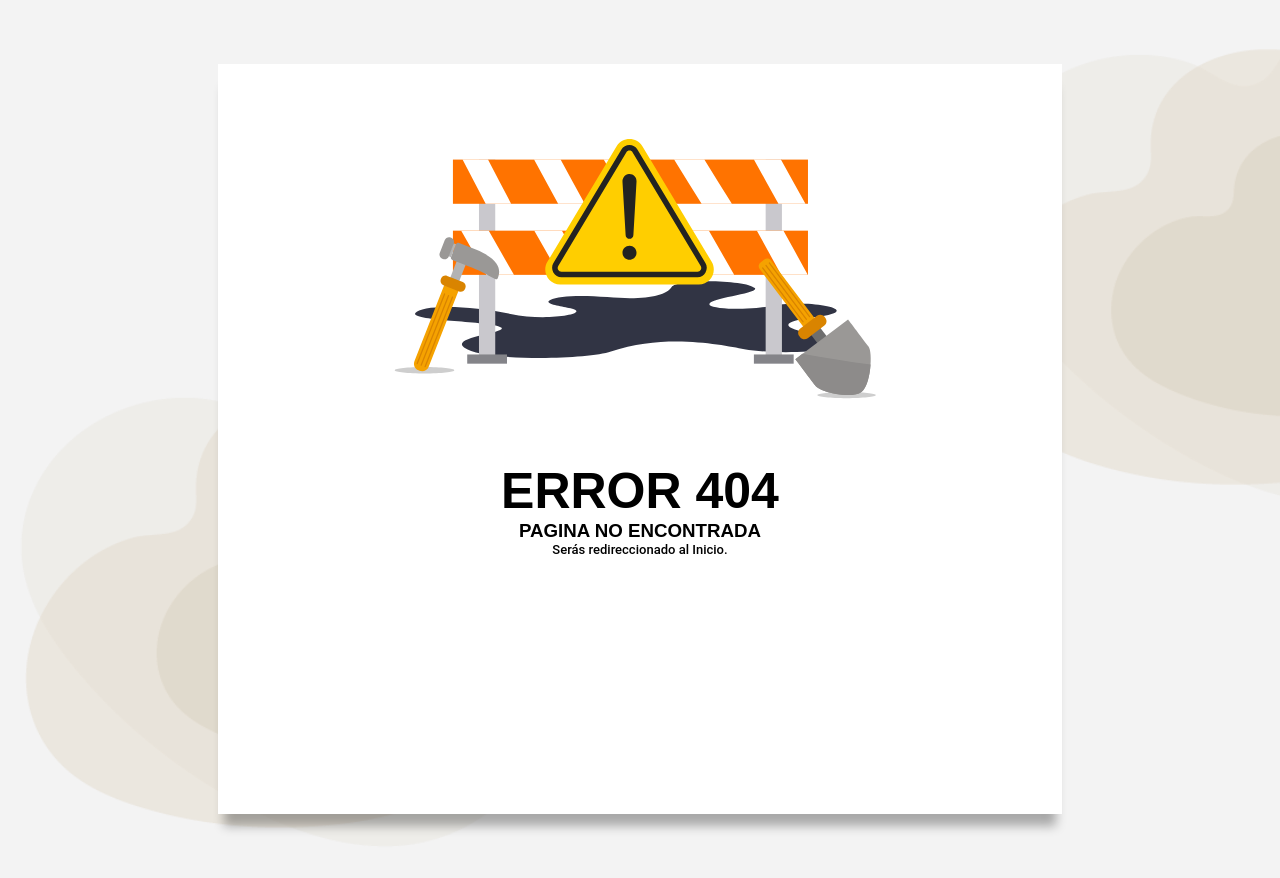
Repository: AlejandraBarrachina23/TPIntegrador_Barrachina_Java
Page: http://localhost/Alejandra_Barrachina_TP_Integrador1/error404.jsp
An editor plug-in stored every save of this project. The page is shown before and after the next save, followed by the edit.
The browser window is 1280 px wide. The pictures show the whole page.
Some web libraries are served in a nearby version. The page is served by Tomcat 9. Nobody is signed in. The application's start-up code is not run. Other server files are loaded and not shown.

Above is the page before, as saved 2019-12-04 22:09:09.

### Alejandra_Barrachina_TP_Integrador1/WebContent/error404.jsp

<%@ page language="java" contentType="text/html; charset=ISO-8859-1"
    pageEncoding="ISO-8859-1"%>
<!DOCTYPE html>
<html>
<head>
<meta charset="ISO-8859-1">

<script src="https://kit.fontawesome.com/735f5623c2.js" crossorigin="anonymous"></script>
<link href="estilos.css" type="text/css" rel=stylesheet>
</head>
<body>

<div id="error-404">
		<img src="img/404.svg" alt="icono-advertencia" class="">
		<h2>ERROR 404</h2>
		<h3>PAGINA NO ENCONTRADA</h3>
		<p>Serás redireccionado al Inicio.</p>
</div>

</body>
</html>

### Alejandra_Barrachina_TP_Integrador1/WebContent/estilos.css
@charset "ISO-8859-1";


* {
	padding:0px;
	margin:0px;
	border:0px;
}

body {
		background-color:#f3f3f3;
		background-image: url(iconos/fondo.png);
		background-repeat: no-repeat;
 		background-size: cover;

}


/*=============================================================
      FORMULARIO LOGIN
 ============================================================== */

 #error-404 {

 	background-color:#fff;
 	width:65;
 	height:750px;;
 	margin	: 5% 17%;
 	box-shadow: 0px 18px 10px -6px rgba(0,0,0,0.31);
 	text-align:center;
 	font-family: 'Francois One', sans-serif;
 }

  #error-404 img {

  width:70%;

  }

  #error-404 h2 {

  font-size:50px;
  }

 #form-login {

	width:65%;
 	margin	: 5% 17%;

}

#form-login-right, #form-login-left {


	height:750px;
	float:left;
	background-color:#F9FBFC;

}

#form-login-left {

	width:65%;
	border-top-left-radius: 20px;
	border-bottom-left-radius: 20px;
	box-shadow: 0px 18px 10px -6px rgba(0,0,0,0.31);
	opacity:0.9;
}

#form-login-left img {

	width:90%;
	padding	: 10% 5%;

}

#form-login-right {

	width:33%;
	border-top-right-radius: 20px;
	border-bottom-right-radius: 20px;
	box-shadow: 13px 14px 10px -6px rgba(0,0,0,0.31);
	opacity:0.8;

}


h1 {

		font-size:50px;
		font-family: 'Bebas Neue', cursive;
		color:#2C5060;
		margin-top:30%;
		text-align:center;
}

p, #form-login-right a {

	font-family: 'Roboto', sans-serif;
	font-weight: 500;
	font-size: 13px;
	color:black;
	text-align:center;
}

.text-box {

	border-bottom: 1px solid black;
	width:250px;
	text-align: center;
	margin-left:12%;
}

.text-box i {

	float:left;
	color: #2C5060;
	padding:7px;
}

#form-login-right [type="text"], #form-login-right [type="password"]{

	padding:5px;
	width:180px;
	border:none;
	outline:none;
	background-color:#FAFCFD;
	font-family: 'Oswald', sans-serif;

}

.main-button {

	background-color: #2C5060;
	color:white;
	width:35%;
	font-size:15px;
	border-style:none;
	padding:5px;
	border-radius: 15px;
	border: 0px solid #000000;
	box-shadow: 10px 10px 25px -13px rgba(0,0,0,0.75);
	font-family: 'Oswald', sans-serif;
	margin-left: 50%;

}

.main-button:hover {

	background-color: #1a6373;
}

.iconos-redes {

	width:5%;

}


#login-informacion {

	width:90%;
	padding:5%;

}


#login-informacion a{

	font-family: 'Oswald', sans-serif;
	font-size:15px;
	margin-left:48%;
}

#login-contacto{

	margin-top:50%;
	text-align:center;
}


#login-contacto p {

	font-size:18px;
	font-family: 'Oswald', sans-serif;

}

#login-recuperacion{

	padding-top:20%;
	text-align:center;

}

.restart-button{

	background-color: #2C5060;
	color:white;
	width:35%;
	font-size:15px;
	border-style:none;
	padding:5px;
	border-radius: 15px;
	border: 0px solid #000000;
	box-shadow: 10px 10px 25px -13px rgba(0,0,0,0.75);
	font-family: 'Oswald', sans-serif;

}

#form-advertencia {

	width:100%;
	text-align:center;
	margin-top:50%;
	color:#E16C78;
	font-family: 'Oswald', sans-serif;

}

.icono-advertencia{

	margin-top:15%;
	padding:2%;
	width:30%;
	margin: 0 auto;

}

#form-advertencia p {

	color:#E16C78;
	font-size: 15px;
}

.blue{

	color:#30A9E3;
}


 /*=======================
      FORMULARIO INDEX
 ========================= */

 .section-principal{

	float:left;
	height:1100px;
	width:90%;
	background-color:#f3f3f3;
	color:black;
	text-align:center;
	margin-left:10%;
}

.section-principal select {

	font-family: 'Oswald', sans-serif;
	border:1px solid black;
	margin:5px;
	padding:2px;
	color:black;
}

.section-principal input{

	width:15%;
	padding:5px;
	border:1px solid black;
	font-family: 'Oswald', sans-serif;
}

.section-principal label{

	font-size:18px;
	font-family: 'Oswald', sans-serif;

}

.section-principal a{

	color:black;

}


nav {

	background-color:#2C5060;
	font-family: 'Francois One', sans-serif;
	width:10%;
	height:950px;
	font-size:15px;
	float:left;
	position:fixed;

}

 ul {

	list-sytle: none;
	width:100%;
}

a {

	text-decoration:none;
	color:white;

}

li:hover {

	border-left: solid 4px #2896BC;
	background-color: #2F5866;
	transition: background-color 0.3s;
	transition: border 0.3s;

}

ul li {

	border-left: solid 4px #2C5060;
	font-family: 'Oswald', sans-serif;
	padding:15px;
	border-bottom: 1px solid #2D5C6D;


}

.icon{

	width:13%;
	padding-right:5px;

}


#icon-usuario{

	width:40%;
}

li .icon{

	float:left;

}


#user {

	width:100%;
	margin-top:40%;
	text-align:center;
	padding: 10% 0%;
	border-bottom: 1px solid #2D5C6D;

}

#user h2{

	color:#fff;

}

#user p, #header-user p {

	font-size:15px;
	color:#fff;
	padding:8px;
	font-family: 'Oswald', sans-serif;
}

 /*=======================
      FORMULARIO ALUMNOS
 ========================= */


#logo{

	width:30%;
	height:150px;
	border-bottom: 1px solid white;
	color:white;
	text-align:center;
	margin-top:30px;
}

#alumnos-principal {

	background-color:#fff;
	width:83%;
	margin-left: 200px;
	height:300px;
	box-shadow: 10px 10px 25px -13px rgba(0,0,0,0.75);

}

#form-agregar-usuario {

	background-color: white;
	width:95%;
	height:200px;
	margin:20px;
	padding:10px;
	box-shadow: 10px 10px 25px -13px rgba(0,0,0,0.75);
	display: none;


}

#form-listado-alumnos,#form-cursos,#form-listado-calificaciones {

	background-color: white;
	width:97%;
	height:970px;
	margin:20px;
	padding:10px;
	box-shadow: 10px 10px 25px -13px rgba(0,0,0,0.75);

}

#form-cursos{

	background-color:#f3f3f3;
	box-shadow: none;
}

#btn-flecha {

	background-image: url("iconos/flecha.png");
	background-repeat: no-repeat;
	width:25px;
	height:25px;
	background-color:#2C5060;
	border: 0;
	float:right;

}

.dato {

	float:left;
	margin: 10px;
	width:23%;


}

.dato input {

		width: 200px;
		background: #f3f3f3;
		font: inherit;
		box-shadow: 0 6px 10px 0 rgba(0, 0, 0 , .1);
		border: 0;
		outline: 0;
		padding: 8px;

}

.encabezados {

	background-color:#2C5060;
	color:white;
	padding:10px;
	margin:10px;
	font-family: 'Oswald', sans-serif;

}



h3 {

	display:inline;

}

label {

	color:#2C5060;
	font-family: 'Open Sans', sans-serif;
	font-weight: 600;
	font-size: 10px;
}

.flecha {

	float:right;
}

.content-table{

	border-collapse:collapse;
	margin:20px 10px;
	font-size:0.9em;
	width:99%;
	min-width:600px;
	box-shadow: 7px 9px 23px -13px rgba(0,0,0,0.93);
	font-family: 'Roboto', sans-serif;

}

.content-table-cursos{

	border-collapse:collapse;
	margin:20px 10px;
	font-size:0.9em;
	width:50%;
	min-width:600px;
	box-shadow: 7px 9px 23px -13px rgba(0,0,0,0.93);
	font-family: 'Roboto', sans-serif;
}

.content-table th, .content-table-cursos {

	background-color:#2C5060;
	color:white;
	font-weight: 600;
	padding:12px;



}

.content-table tr,
.content-table td {

	padding:5px 5px;

}

.content-table td {

	border-bottom: 1px solid #dddddd;

}

.content-table tr:nth-of-type(even) {

	background-color:#f3f3f3;

}

.content-table tr:last-of-type {

	border-bottom: 3px solid #2C5060;

}

.content-table-cursos .content-fileter{

	width:50%;

}

.content-filter {

	background-color:#f3f3f3;
	width:100%;
	text-align:center;
	padding:10px;


}

.pie-pagina{

	float:left;
	margin-top:20px;
	text-align:right;
	width:100%;
}

 /*=======================
      FORMULARIO ALUMNOS
 ========================= */

#section-index{

	float:left;
	height:900px;
	width:100%;
	margin:1px 1px;
	text-align:center;

}

#index-encabezado{

	background-color:#2C5060;
	text-align:center;
	height:295px;
	width:100%;

}

#section-index img {

	width:50%;

}

#index-descripcion {

	box-shadow: 10px 10px 25px -13px rgba(0,0,0,0.75);
	font-family: 'Roboto', sans-serif;
	background-color:#fff;
}


#index-descripcion-encabezado{

	text-align:center;
	background-color:#fff;

}

#index-descripcion-encabezado img{

	width:50%;

}

#index-descripcion-encabezado h2{

	font-size:50px;
	font-family: 'Francois One', sans-serif;
	color:#2C5060;

}

#index-descripcion-encabezado p{

	font-size:15px;
	font-family: 'Francois One', sans-serif;
	color:#2C5060;

}

#index-descripcion-contenido{

	text-align:center;
	height:430px;
	padding-left:220px;
}

#index-descripcion-contenido-profesores{


	height:430px;
	width:100%;


}

#index-descripcion-contenido-profesores .index-item-descripcion{

	width:18%;
	height:300px;
	float:left;
	margin-left:40%;

}

.index-item-descripcion {

	width:18%;
	height:300px;
	float:left;
	margin:30px;

}

.index-item-descripcion img {

	width:40%;
	padding:0% 20%;
	margin:0% 5%;
}

.index-item-descripcion h3 {

	font-size:25px;
	font-family: 'Oswald', sans-serif;

}

.index-item-descripcion p {

	font-size:15px;

}

.btn-index {

	padding:10px;
	margin:10px 38px;
	background-color: #2C5060;
	font-family: 'Oswald', sans-serif;
	font-size:20px;
	color:#fff;
	width:60%;
	box-shadow: 10px 10px 25px -13px rgba(0,0,0,0.75);
	float:left;
	text-align:center;

}

.modal-fondo {

	background: rgba(0,0,0,0.3);
	position:fixed;
	top:0;
	bottom:0;
	left:0;
	right:0;
	display:flex;
	align-items:center;
	justify-content:center;
	visibility:hidden;

}

.modal-fondo.active{

	visibility:visible;
}

.modal-contenido {

	background-color:#fff;
	box-shadow: 10px 10px 25px -13px rgba(0,0,0,0.75);
	width:20%;
	border: 3px solid #2C5060;
	padding-bottom: 15px;
}

.modal-contenido .btn-modal {

	width:30%;
	color:white;
	background-color: #2C5060;
	font-size:20px;
	padding:5px;
	margin:5px;

}

.modal-contenido [type="text"] {

	width:70%;
	font-size: 13px;
	margin-bottom:15px;

}

.modal-contenido h3 {

	font-size: 20px;
	font-family: 'Oswald', sans-serif;
	background-color:#2C5060;
	display:block;
	color:#fff;
	padding:8px;

}

.modal-contenido label {

	font-size: 15px;
	font-family: 'Roboto', sans-serif;
}

.modal-contenido select, .modal-contenido [type="date"], .modal-contenido [type="email"], .modal-contenido [type="number"] {

	font-family: 'Oswald', sans-serif;
	border:1px solid black;
	margin:5px;
	padding:2px;
	width:74%;
	padding:1%;
	color:black;

}

.modal-contenido [type="date"], .modal-contenido [type="email"], .modal-contenido [type="number"]{

	width:71%;

}

.opciones {

	color:black;
	background-color:#fff;

}

.btnFormulario {

	width:12%;
	padding:10px;
	font-size: 15px;
	font-family: 'Oswald', sans-serif;
	border-radius: 8px;
	background-color:#2C5060;
	color:white;
	float:right;
	border:0;
	margin:8px;
}

td .btn-modificar {

	width:22%;
	height:32px;
	background-image:url(iconos/modificar.png);
	background-repeat: no-repeat;
	border:none;
	background-color:inherit;
}

td .btn-eliminar {

	width:22%;
	height:32px;
	background-image:url(iconos/borrar.png);
	background-repeat: no-repeat;
	border:none;
	background-color:inherit;

}

td .btn-mostrar {

	width:12%;
	height:32px;
	background-color:blue;
	background-image:url(iconos/mostrar.png);
	background-repeat: no-repeat;
	border:none;
	background-color:inherit;
}

td .btn-calificaciones {

	width:12%;
	height:32px;
	background-image:url(iconos/notas.png);
	background-repeat: no-repeat;
	border:none;
	background-color:inherit;
}

/*=============================================================
      FORMULARIO CURSOS
 ============================================================== */

#form-curso-izquierda{

	background-color: #fff;
	width:38%;
	float:left;
	color:black;
	padding:0px 5%;
	box-shadow: 10px 10px 25px -13px rgba(0,0,0,0.75);
}

#form-curso-derecha{

	width:38%;
	float:left;
	box-shadow: 10px 10px 25px -13px rgba(0,0,0,0.75);
	padding:5px 5%;
	margin-left:2%;
	background-color:#fff;

}

#form-curso-izquierda [type="text"], #form-curso-izquierda select{

	padding:5px;
	width:180px;
	background-color:#FAFCFD;
	font-family: 'Roboto', sans-serif;
	font-size: 12px;
	color:black;

}

#form-curso-izquierda label {

	font-size:18px;
	display: block;
	witdh:20px;
}

.form-cursos-encabezado-izquierda{

	background-color: #2C5060;
	width:100%;
	margin: 20px 0px;
	padding:1px;


}

.form-cursos-encabezado-izquierda h2{

	color:white;
	padding:2px;
	font-family: 'Oswald', sans-serif;
}

#form-curso-derecha #listado-alumnos {

	text-align:center;
	width:100%;

}

#form-curso-derecha #listado-alumnos li {

	font-size:15px;
	padding:0;
	width:20%;
	border:none;
	background-color:none;
	margin-left:40%;
	list-style: none;



}

#form-curso-derecha #listado-alumnos li:hover {

	background-color:white;
}

/*=============================================================
      FORMULARIO CALIFICACIONES
 ============================================================== */

.busqueda-califaciones{

	width:98%;
	margin:1%;
	box-shadow: 0px 18px 10px -6px rgba(0,0,0,0.31);
	background-color:#fff;
	padding-bottom:2%;

}

.busqueda-califaciones h2{

	width:99%;
	background-color:blue;
	color:#fff;
	background-color:#2C5060;
	font-family: 'Oswald', sans-serif;
	padding:0.5%;
	margin-bottom:1%;

}

#form-listado-calificaciones h2{

	color:#fff;
	background-color:#2C5060;
	font-family: 'Oswald', sans-serif;
	width:99%;
	padding:0.5%;

}


/*=============================================================
      FORMULARIO REPORTES
 ============================================================== */


#form-reportes{

	background-color: #f3f3f3;
	width:97%;
	height:970px;
	margin:20px;
	padding:10px;

}

#form-reportes-fila-uno{

	width:85%;
	height:250px;
	padding-left: 15%;

}

.fila-uno-items{

	width:15%;
	height:190px;
	float:left;
	margin:1%;
	box-shadow: 0px 18px 10px -6px rgba(0,0,0,0.31);
	background-color:#fff;
	padding:1%;
	border-radius:10px;

}

.fila-uno-items img {

	width:40%;
	padding:3%;


}

.fila-uno-items h2 {

	font-family: 'Oswald', sans-serif;
	font-size:20px;

}

.fila-uno-items p {

	font-size:25px;
	font-family: 'Francois One', sans-serif;
	color:#2C5060;

}

.fila-uno-items-pie{

	padding:2%;
	margin-left:25%;
}

.fila-uno-items-pie img {

	width:12%;
	float:left;
}


.fila-uno-items-pie p {

	font-size:20px;
	float:left;

}

#form-reportes-fila-dos{

	width:100%;
	margin-top:3%;
	height:500px;


}

.form-reportes-graficos{

	width:25%;
	background-color:#fff;
	float:left;
	box-shadow: 0px 18px 10px -6px rgba(0,0,0,0.31);
	margin:3% 1%;
	padding:3%;
	border-radius:5px;
}

.form-reportes-graficos h3 {

	font-family: 'Oswald', sans-serif;
	margin:5%;
}

#form-reportes-fila-dos h2, #form-reportes-fila-tres h2{

	font-family: 'Oswald', sans-serif;
	background-color:#2C5060;
	color:white;
	width:99.5%;
	padding:0.5%;

}

.fila-uno-items-pie{

	border-top: 1px solid #f3f3f3;

}

#form-reportes-fila-tres {

	width:100%;
	heigth:300px;

}

.reporte-fila-tres-promedio{

	width:39%;
	float:left;
	text-align:center;
	margin:0.5%;
	background-color:#fff;
	box-shadow: 0px 18px 10px -6px rgba(0,0,0,0.31);
	padding:0.5% 5%;

}

.reporte-fila-tres-promedio h3{

	font-family: 'Oswald', sans-serif;
}

#form-reportes-fila-tres .content-table {

	width:100%;
	float:left;
	padding:20px;
	margin:3% 6%;

}

.resultado-busqueda{

	width:98%;
	heigth:500px;
	background-color:#fff;
	overflow:hidden;
	margin-left:1%;
}

.resultado-busqueda-asistencias{

	width:98%;
	heigth:500px;
	overflow:hidden;
	margin-left:1%;

}

.tabla-resultado-busqueda{

	width:60%;
	float:left;
	margin: 1% 20%;

}

.resultado-busqueda-asistencias .tabla-resultado-busqueda{

	width:30%;
	float:left;
	margin: 1% 20%;
}


.titulos {

	background-color:#2C5060;
	color:#fff;
	padding:0.5%;
	font-family: 'Oswald', sans-serif;

}

.form-reportes-graficos-asistencias{

	width:30%;
}


.form-reportes-graficos-asistencias h3{

	font-family: 'Oswald', sans-serif;
}

.resultado-busqueda-asistencias .graficos-resultado-busqueda .form-reportes-graficos-asistencias{

	margin-left:35%;
	margin-top:1%;
}

.resultado-busqueda-asistencias .tabla-resultado-busqueda{

	margin-left:32%;
	margin-top:1%;
}

Loaded but not shown: Alejandra_Barrachina_TP_Integrador1/WebContent/img/404.svg (5837 lines, source omitted)

After the next save:
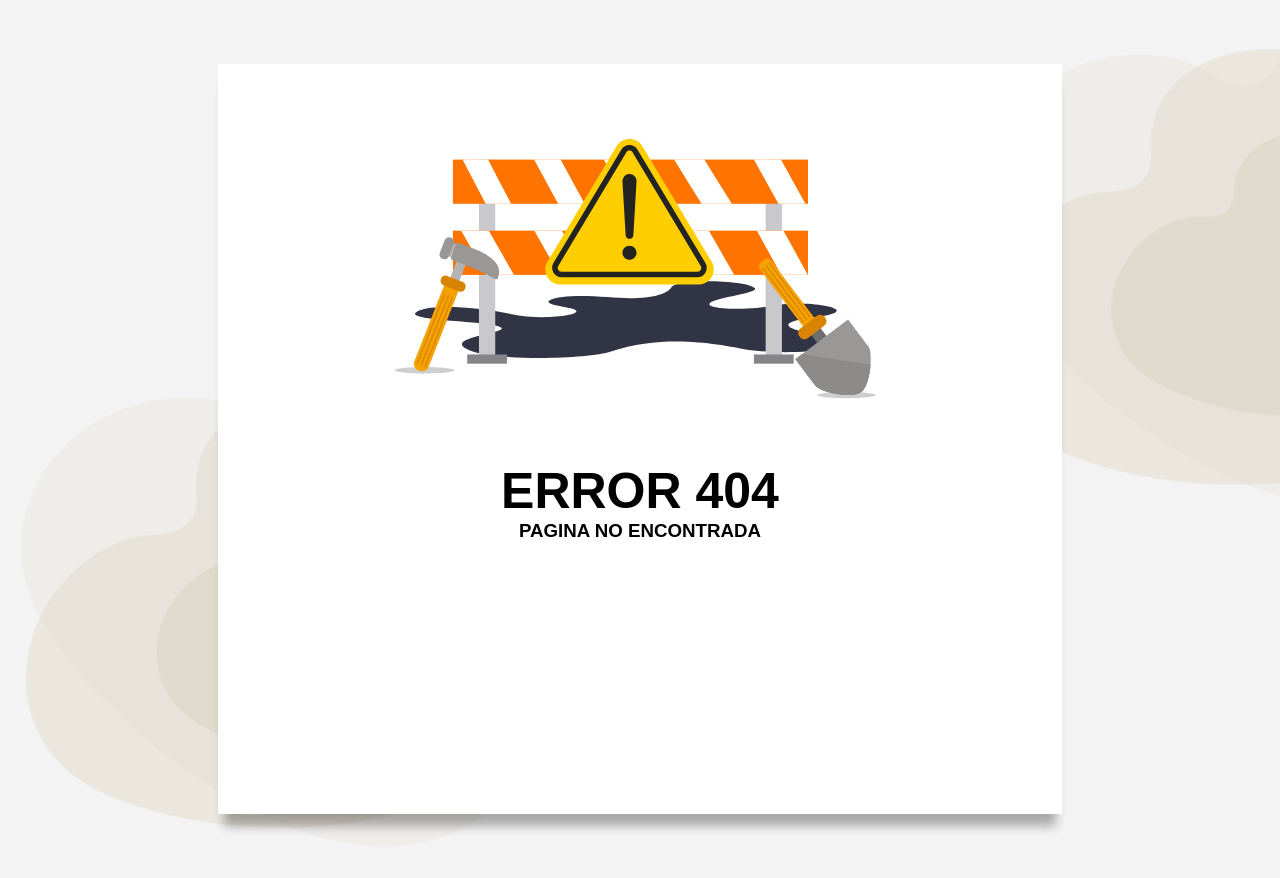
Saved 15 s later.
--- a/Alejandra_Barrachina_TP_Integrador1/WebContent/error404.jsp
+++ b/Alejandra_Barrachina_TP_Integrador1/WebContent/error404.jsp
@@ -15,7 +15,6 @@
 		<img src="img/404.svg" alt="icono-advertencia" class="">
 		<h2>ERROR 404</h2>
 		<h3>PAGINA NO ENCONTRADA</h3>
-		<p>Serás redireccionado al Inicio.</p>
 </div>
 
 </body>
